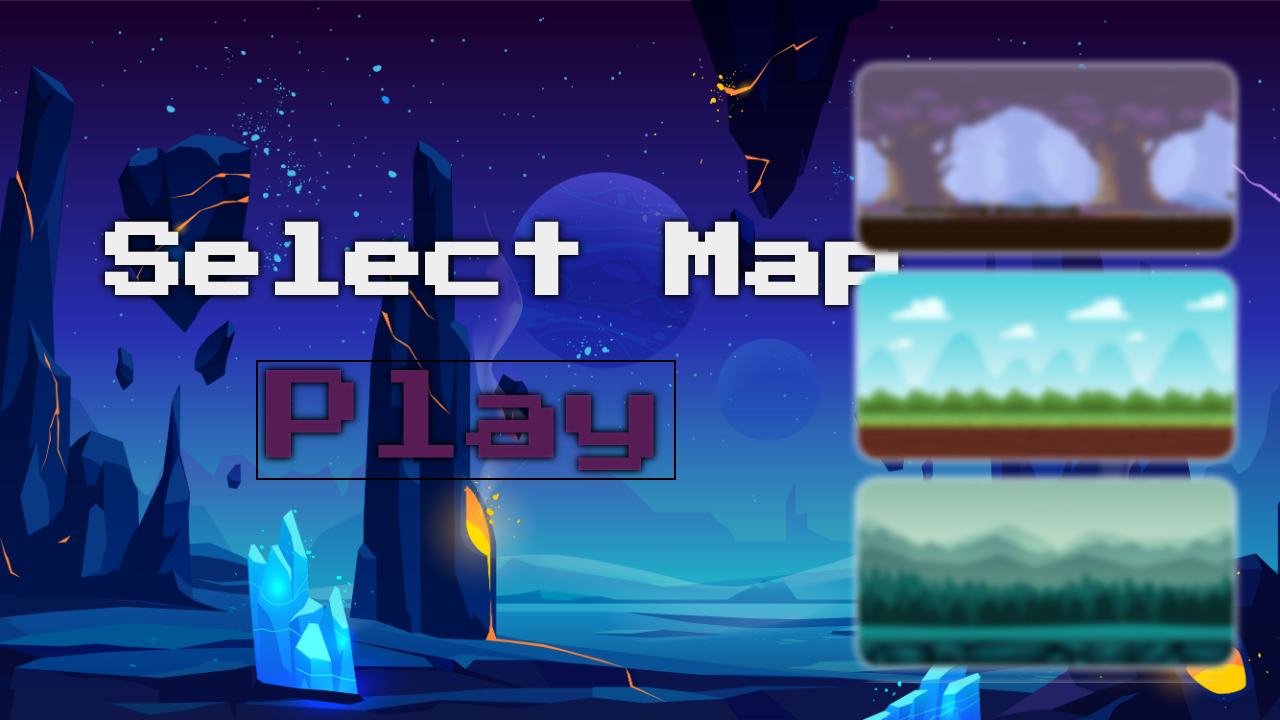
Repository: Gaurav31052/Fighting-game
Page: home.html
An editor plug-in stored every save of this project. The page is shown before and after the next save, followed by the edit.
The browser window is 1280 px wide. The pictures show the whole page.
An inner scrolling area shows only its first screen.

Above is the page before, as saved 2024-06-06 23:36:18.

After the next save:
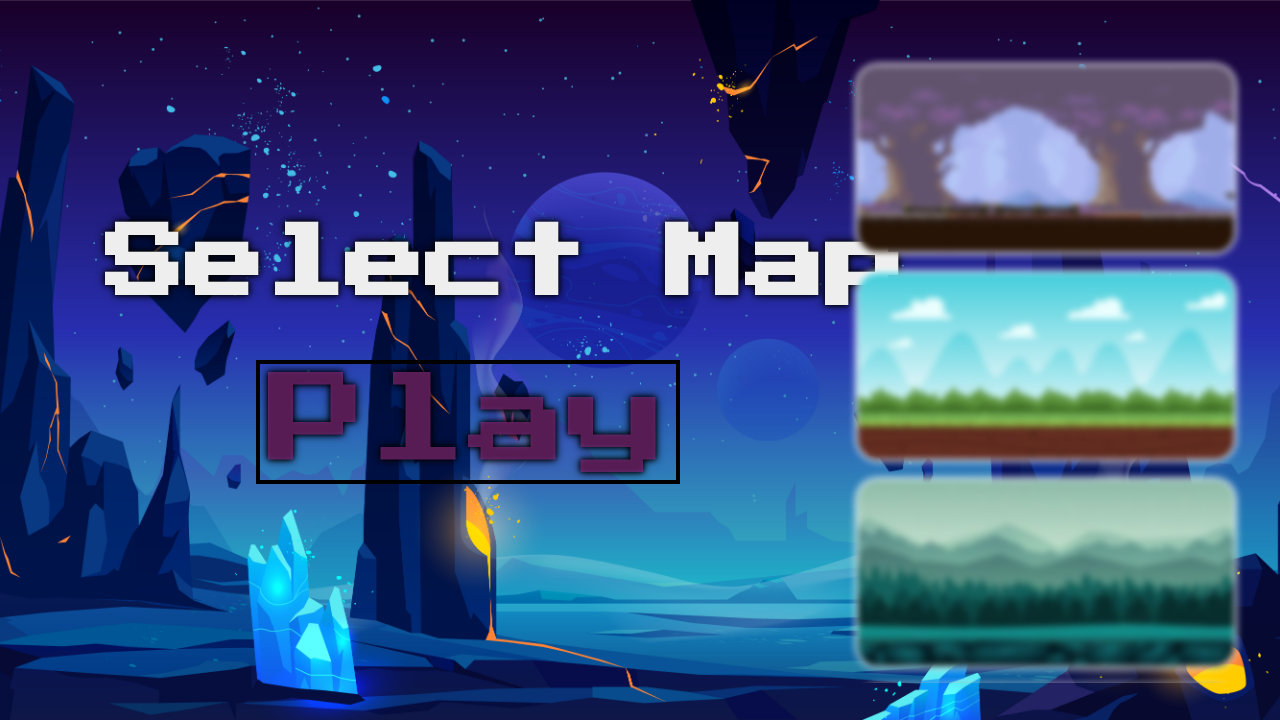
Saved 4 s later.
--- a/style.css
+++ b/style.css
@@ -51,7 +51,7 @@ a {
     border: none;
 }
 #btn{
-    border: 2px solid black;
+    border: 4px solid black;
 }
 
 .MapName {
